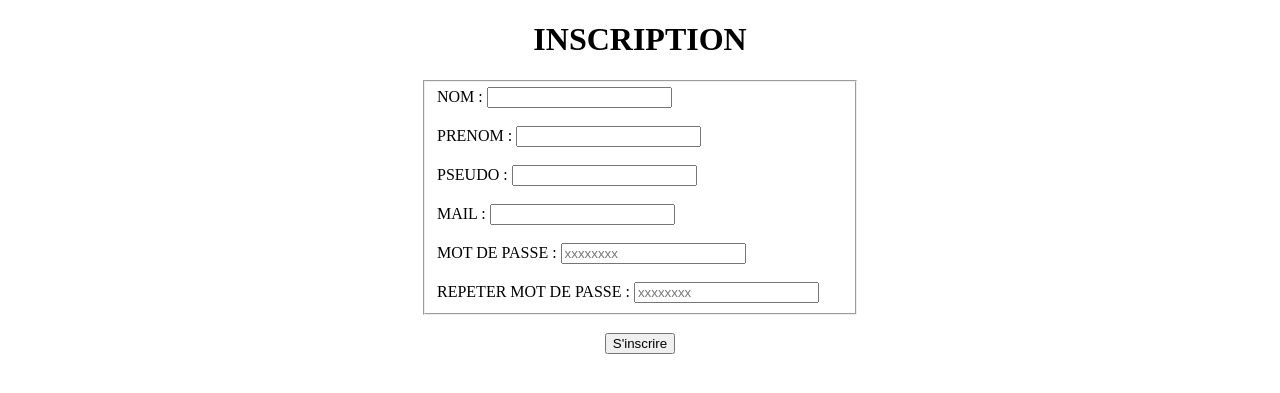
Repository: Aoua1414/JavaDeAoua
Page: http://localhost/MonServletJsp/Inscrire.jsp
These files come from the project's save history. The page is drawn as it stood at one moment and after the next save; the edit follows.
The browser window is 1280 px wide. The pictures show the whole page.
The page is served by Tomcat 9. Nobody is signed in. The application's start-up code is not run.

Above is the page before, as saved 2022-07-25 16:22:11.

After the next save:
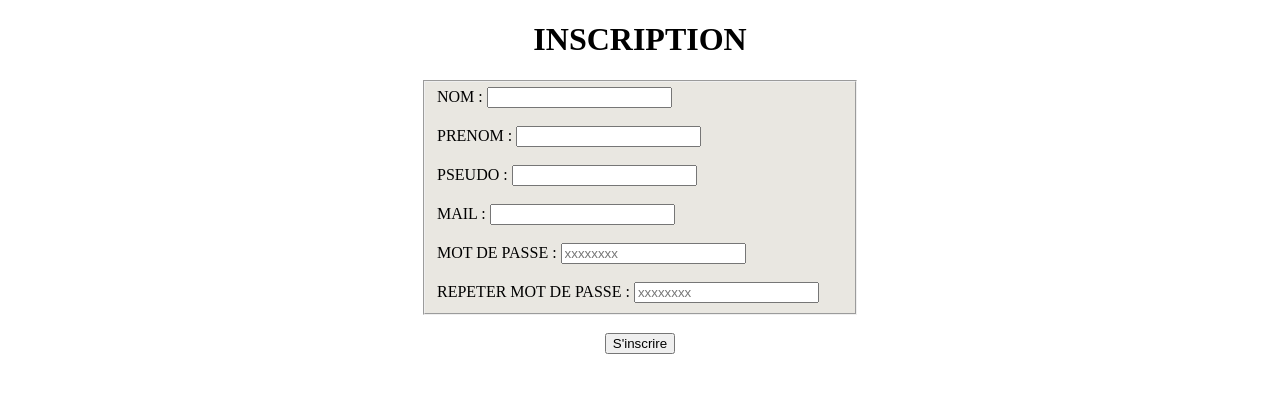
Saved 5 min 24 s later.
--- a/ODC/MonServletJsp/src/main/webapp/aoua.css
+++ b/ODC/MonServletJsp/src/main/webapp/aoua.css
@@ -6,6 +6,7 @@ h1{
 fieldset{
 	width: 406px;
     margin: 0 auto;
+    background: #e9e7e1
 }
 form {
 	width: 100%;
